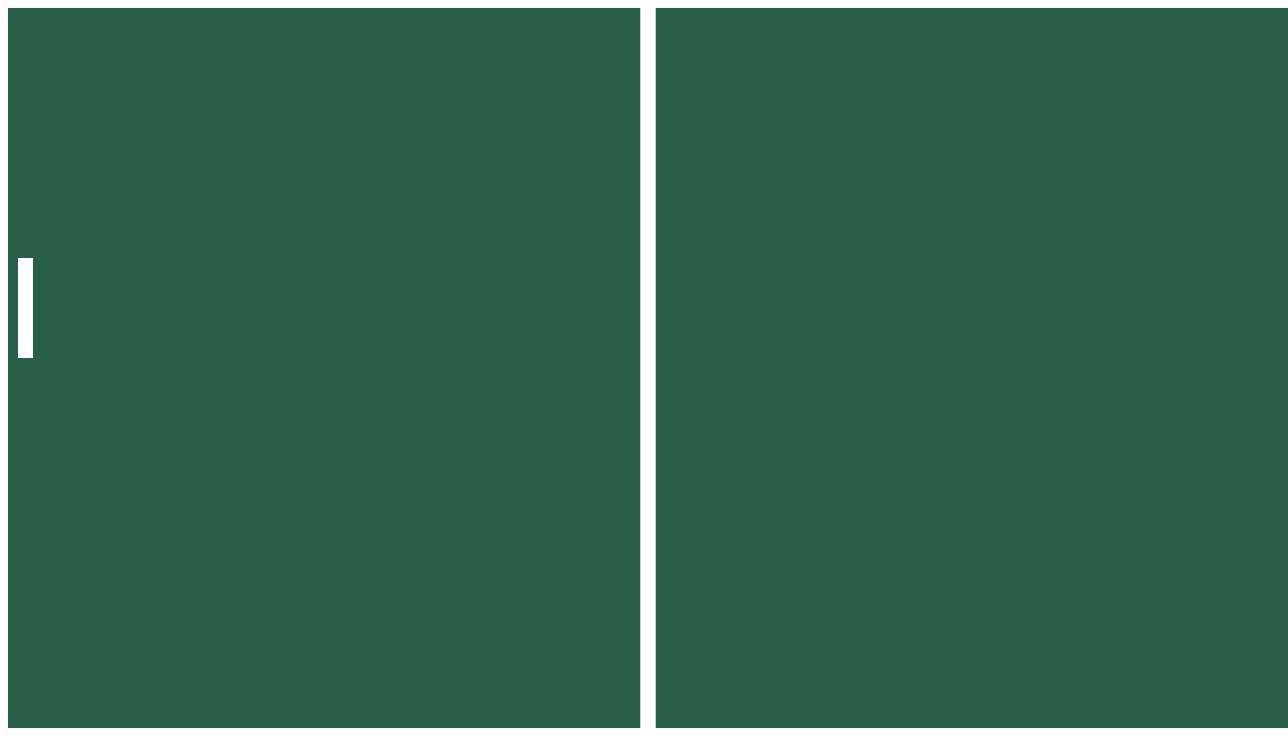
Repository: luizgaivaa/Game
Page: index.html
The author's editor kept a copy of each file at every save. The page is drawn from the files as they stood at one save, then again after the next save.
The browser window is 1280 px wide. The page is 1288 px wide, so the pictures cover 1288 px, including what lies to the right of the window. The pictures show the whole page.

Above is the page before, as saved 2024-03-26 16:13:29.

After the next save:
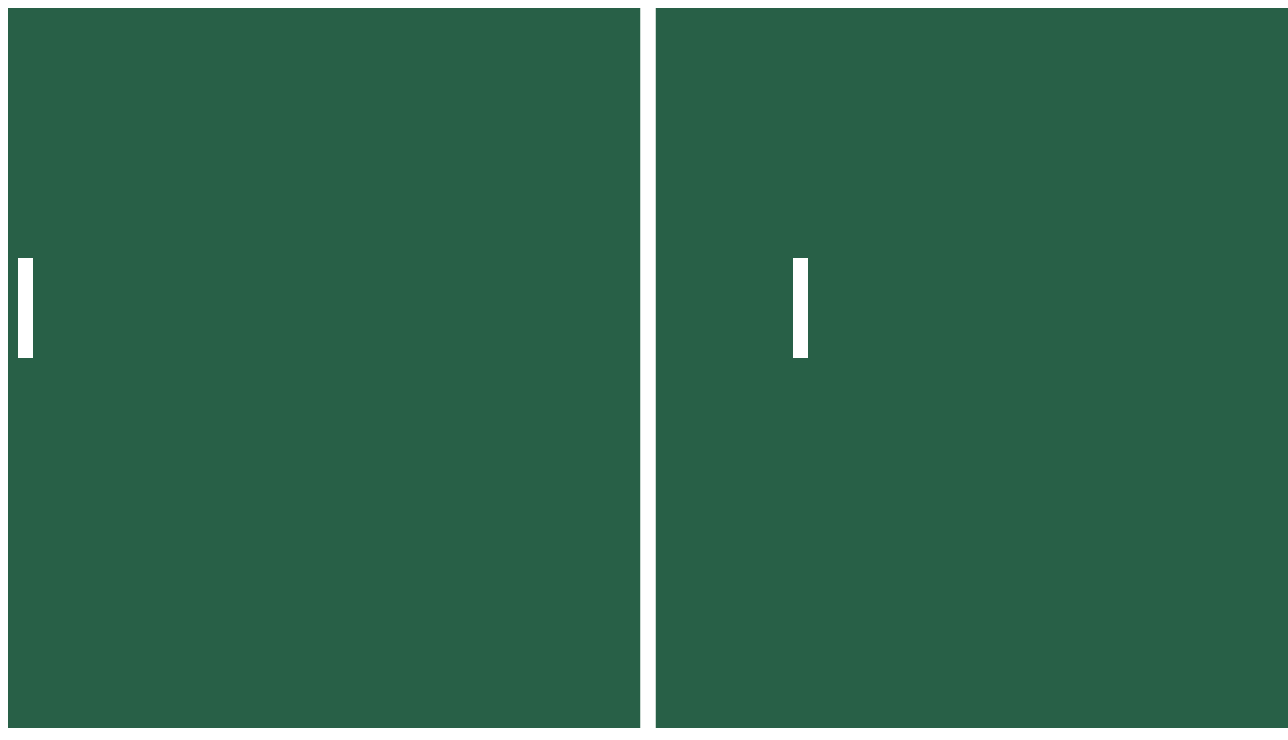
Saved 5 s later.
--- a/index.html
+++ b/index.html
@@ -32,7 +32,7 @@
             canvasCtx.fillRect(10,250,lineWidth,100)
 
             //raquete direita
-            canvasCtx.fillRect(window.innerHeight - lineWidth + 800, 250, lineWidth, 100)
+            canvasCtx.fillRect(window.innerHeight - lineWidth + 80, 250, lineWidth, 100)
             canvasCtx.fillRect(x,y,w,h)
 
 
